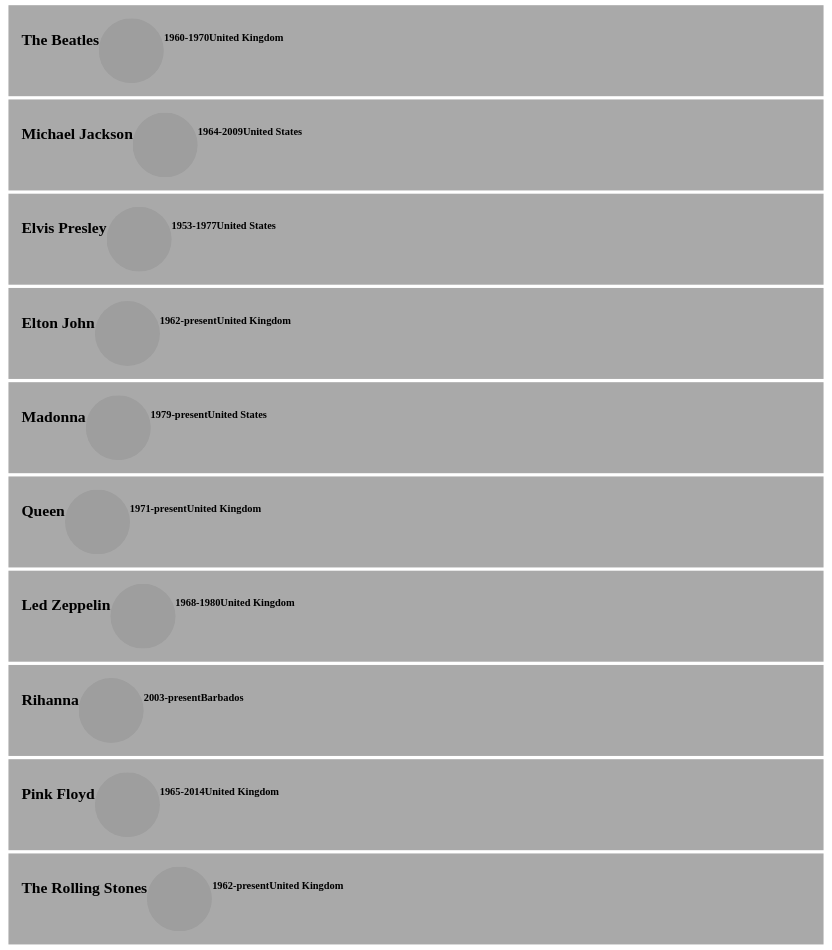
Repository: MelissaJacobi/Frontend-lab-2
Page: /
An editor plug-in stored every save of this project. The page is shown before and after the next save, followed by the edit.
The browser window is 1280 px wide. The pictures show the whole page, at 65% of full size.
Pictures or frames that could not be fetched are drawn as grey boxes. The project was rebuilt for these pictures with package versions that can differ from the ones it lists, and the page was loaded fresh each time. Also part of the build but not shown: vite.config.js.

Above is the page before, as saved 2024-09-19 13:57:03.

After the next save:
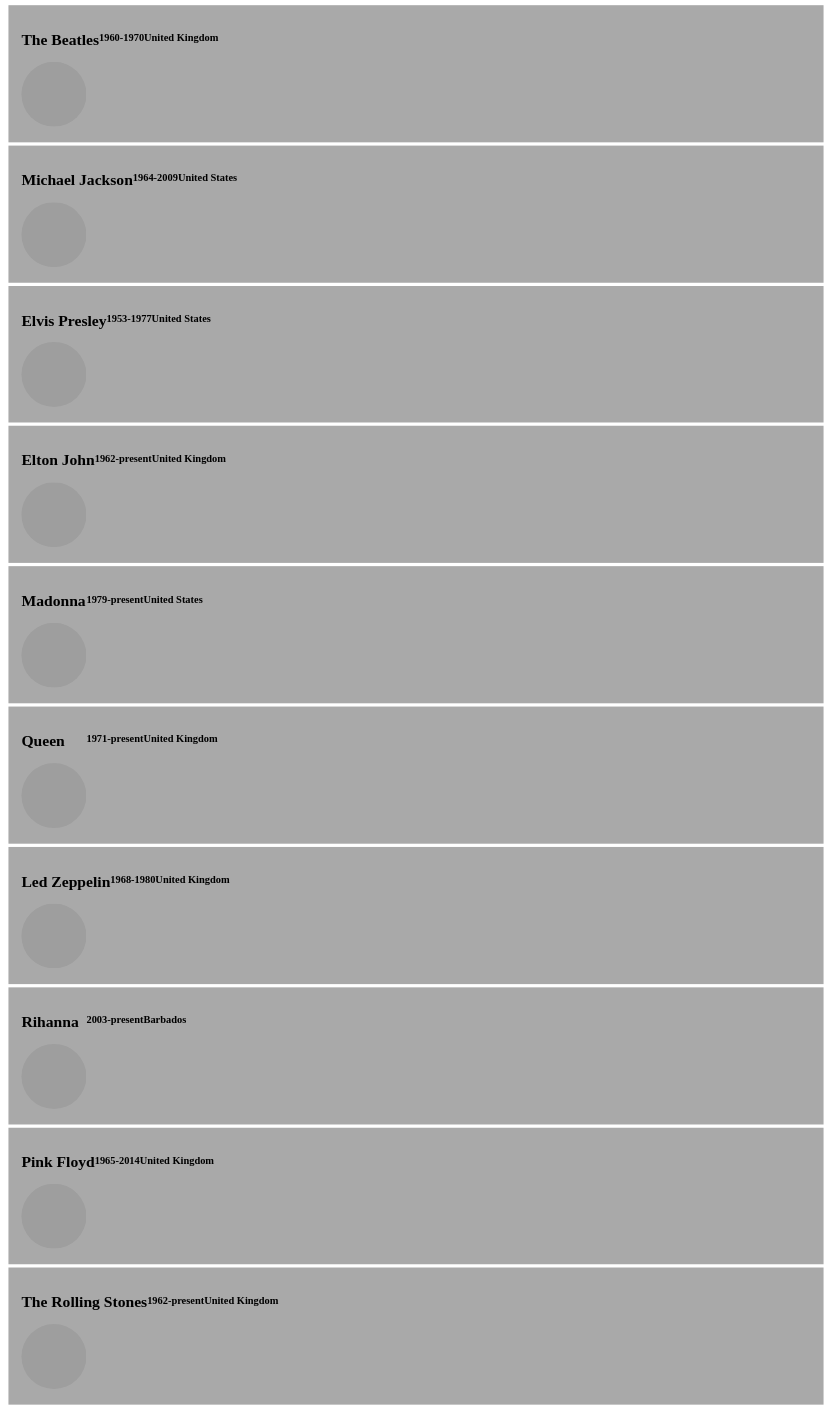
Saved 24 s later.
--- a/src/components/ArtistDetails.jsx
+++ b/src/components/ArtistDetails.jsx
@@ -5,8 +5,10 @@
   return (
     <div className="app">
         <div className="artist_li">
-            <h2>{artistName}</h2>
-            <img src={artistURL} alt={artistName} className="photo" />
+            <div>
+               <h2>{artistName}</h2>
+                <img src={artistURL} alt={artistName} className="photo" />
+            </div>
             <h4>{artistActive}</h4>
             <h4>{artistCountry}</h4>
         </div>
